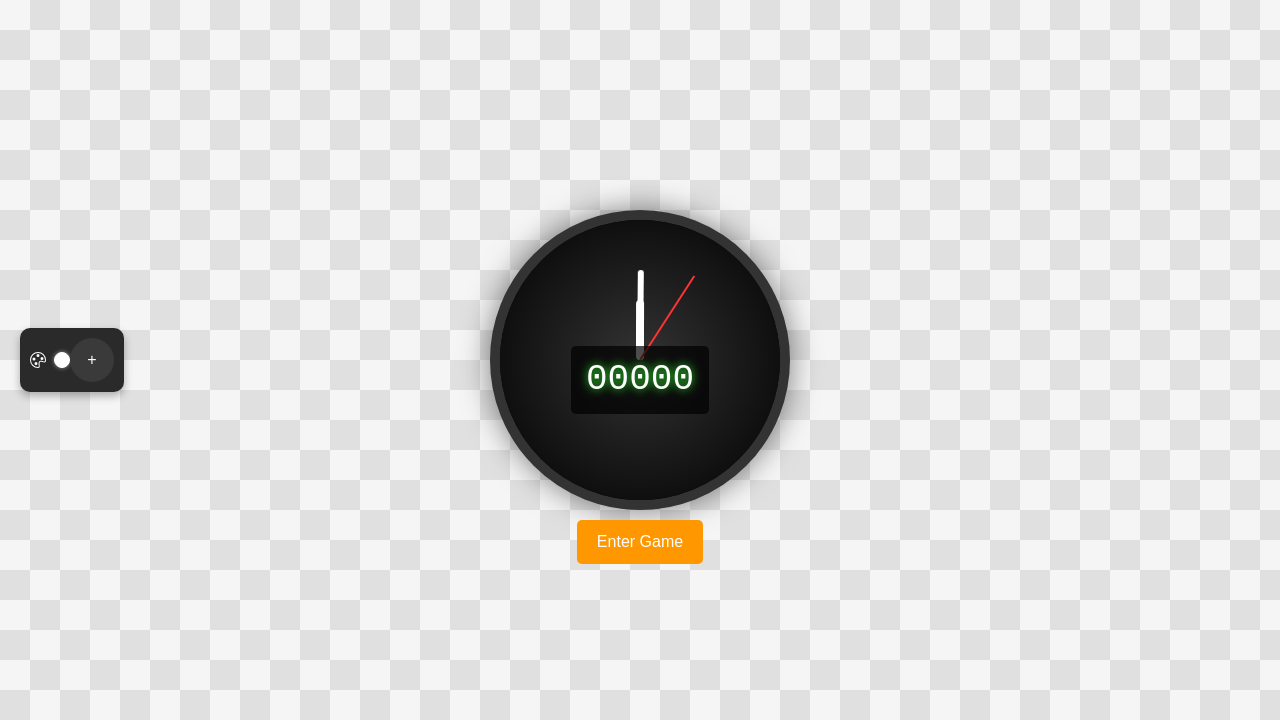
Repository: Moshikol/clicker-battleship
Page: /
These files come from the project's save history. The page is drawn as it stood at one moment and after the next save; the edit follows.
The browser window is 1280 px wide. The pictures show the whole page.
Some web fonts or font styles are not loaded; a fallback is used. The project was rebuilt for these pictures with package versions that can differ from the ones it lists, and the page was loaded fresh each time. Also part of the build but not shown: webpack.config.js, src/components/clicker/Clicker.module.css, src/components/clicker/Clicker.tsx, src/components/grid/ShipPlacement.module.css, src/components/grid/ShipPlacement.tsx, src/components/grid/Grid.module.css, src/components/grid/Grid.tsx, src/components/game/GameBoard.module.css and 5 more.

Above is the page before, as saved 2025-03-18 21:00:49.

### public/index.html
<!DOCTYPE html>
<html lang="en">
<head>
  <meta charset="UTF-8">
  <meta name="viewport" content="width=device-width, initial-scale=1.0">
  <title>Clicker Battleship</title>
  <link rel="icon" href="favicon.ico" />
</head>
<body>
  <div id="root"></div>
</body>
</html>

### src/App.tsx
import React, { useEffect, useState } from 'react';
import { Provider } from 'react-redux';
import { store } from './store/store';
import { Watch } from './components/watch/Watch';
import { Game } from './components/game/Game';
import { useSelector, useDispatch } from 'react-redux';
import { RootState } from './store/store';
import { autoClickTick } from './store/gameSlice';
import ColorPicker from './components/ui/ColorPicker';
import { MobileProvider } from './context/MobileContext';
import './styles/global.css';

// Component that handles auto-clicking
const AutoClickHandler: React.FC = () => {
  const dispatch = useDispatch();
  const { upgrades } = useSelector((state: RootState) => state.game);

  // Set up auto-clicker interval
  useEffect(() => {
    const autoClickInterval = setInterval(() => {
      if (upgrades.autoClickersCount > 0) {
        dispatch(autoClickTick());
      }
    }, 1000);

    return () => clearInterval(autoClickInterval);
  }, [dispatch, upgrades.autoClickersCount]);

  return null;
};

// Navigation context
export const NavigationContext = React.createContext({
  navigateTo: (page: string) => {},
  currentPage: 'watch'
});

// Main app with navigation
const AppContent: React.FC = () => {
  const [currentPage, setCurrentPage] = useState('watch');

  const navigateTo = (page: string) => {
    setCurrentPage(page);
  };

  return (
    <NavigationContext.Provider value={{ navigateTo, currentPage }}>
      <AutoClickHandler />
      <ColorPicker />
      {currentPage === 'watch' && <Watch />}
      {currentPage === 'game' && <Game />}
    </NavigationContext.Provider>
  );
};

// Root component with Redux Provider
const App: React.FC = () => {
  return (
    <Provider store={store}>
      <MobileProvider>
        <AppContent />
      </MobileProvider>
    </Provider>
  );
};

export default App;

### src/store/store.ts
import { configureStore } from '@reduxjs/toolkit';
import gameReducer from './gameSlice';
import { loadGameState, saveGameState, clearGameState } from '../utils/storage';

// Clear any existing saved state to start fresh
clearGameState();

// Load saved state if available (will be null now)
const preloadedState = loadGameState();

export const store = configureStore({
  reducer: {
    game: gameReducer,
  },
  preloadedState: preloadedState ? { game: preloadedState } : undefined,
});

// Subscribe to store changes to save state
store.subscribe(() => {
  saveGameState(store.getState().game);
});

export type AppDispatch = typeof store.dispatch;
export type RootState = ReturnType<typeof store.getState>;

### src/components/watch/Watch.tsx
import React, { useState, useContext } from 'react';
import { useSelector, useDispatch } from 'react-redux';
import { RootState } from '../../store/store';
import { click, earnCoins } from '../../store/gameSlice';
import { NavigationContext } from '../../App';
import { useMobile } from '../../context/MobileContext';
import styles from './Watch.module.css';

export const Watch: React.FC = () => {
  const dispatch = useDispatch();
  const { resources, stats, counterColor } = useSelector((state: RootState) => state.game);
  const { navigateTo } = useContext(NavigationContext);
  const [isWatchActive, setIsWatchActive] = useState(false);
  const { isMobile, vibrate } = useMobile();

  // Handle the click on the watch button
  const handleWatchClick = () => {
    dispatch(click());
    dispatch(earnCoins());

    // Visual feedback - briefly activate the watch
    setIsWatchActive(true);
    setTimeout(() => setIsWatchActive(false), 200);

    // Provide vibration feedback on mobile devices
    if (isMobile) {
      vibrate(50);
    }
  };

  // Format the click counter display
  const formatClickDisplay = () => {
    console.log('Current total clicks:', stats.totalClicks);
    return stats.totalClicks.toString().padStart(5, '0');
  };

  return (
    <div className={styles.watchContainer}>
      <div className={`${styles.watch} ${isWatchActive ? styles.active : ''}`}>
        <div className={styles.watchface} onClick={handleWatchClick}>
          <div className={styles.clockHands}>
            <div className={styles.hourHand}></div>
            <div className={styles.minuteHand}></div>
            <div className={styles.secondHand}></div>
          </div>
          <div className={styles.clickCounter} style={{ color: counterColor }}>
            {formatClickDisplay()}
          </div>
        </div>
        <div className={styles.watchControls}>
          <button
            className={styles.gameButton}
            onClick={() => navigateTo('game')}
          >
            Enter Game
          </button>
        </div>
      </div>

      {isMobile && (
        <div className={styles.mobileHint}>
          <p>Tip: Use the volume down button to click!</p>
        </div>
      )}
    </div>
  );
};

### src/components/ui/ColorPicker.tsx
import React, { useEffect, useState } from 'react';
import { useDispatch, useSelector } from 'react-redux';
import { RootState } from '../../store/store';
import { setCounterColor } from '../../store/gameSlice';
import styles from './ColorPicker.module.css';

// Define more visible colors
const COLORS = [
  '#FF0000', // Red
  '#FF7F00', // Orange
  '#FFFF00', // Yellow
  '#00FF00', // Green
  '#0000FF', // Blue
  '#4B0082', // Indigo
  '#9400D3', // Violet
  '#FF1493', // Deep Pink
  '#00FFFF', // Cyan
  '#FF00FF', // Magenta
  '#FFFFFF', // White
  '#00FF7F', // Spring Green
];

const ColorPicker: React.FC = () => {
  const dispatch = useDispatch();
  const currentColor = useSelector((state: RootState) => state.game.counterColor);
  const [isExpanded, setIsExpanded] = useState(false);

  // Log the current color for debugging
  useEffect(() => {
    console.log('ColorPicker - Current color in Redux store:', currentColor);
  }, [currentColor]);

  const handleColorSelect = (color: string) => {
    console.log('ColorPicker - Setting color to:', color);
    dispatch(setCounterColor(color));
  };

  const toggleExpanded = () => {
    setIsExpanded(!isExpanded);
  };

  // Handle click on the entire collapsed picker
  const handlePickerClick = (e: React.MouseEvent) => {
    if (!isExpanded) {
      toggleExpanded();
    }
  };

  // SVG icon for the color palette when collapsed
  const ColorPaletteIcon = () => (
    <svg xmlns="http://www.w3.org/2000/svg" width="16" height="16" fill="currentColor" viewBox="0 0 16 16" className={styles.paletteIcon}>
      <path d="M8 5a1.5 1.5 0 1 0 0-3 1.5 1.5 0 0 0 0 3zm4 3a1.5 1.5 0 1 0 0-3 1.5 1.5 0 0 0 0 3zM5.5 7a1.5 1.5 0 1 1-3 0 1.5 1.5 0 0 1 3 0zm.5 6a1.5 1.5 0 1 0 0-3 1.5 1.5 0 0 0 0 3z"/>
      <path d="M16 8c0 3.15-1.866 2.585-3.567 2.07C11.42 9.763 10.465 9.473 10 10c-.603.683-.475 1.819-.351 2.92C9.826 14.495 9.996 16 8 16a8 8 0 1 1 8-8zm-8 7c.611 0 .654-.171.655-.176.078-.146.124-.464.07-1.119-.014-.168-.037-.37-.061-.591-.052-.464-.112-1.005-.118-1.462-.01-.707.083-1.61.704-2.314.369-.417.845-.578 1.272-.618.404-.038.812.026 1.16.104.343.077.702.186 1.025.284l.028.008c.346.105.658.199.953.266.653.148.904.083.991.024C14.717 9.38 15 9.161 15 8a7 7 0 1 0-7 7z"/>
    </svg>
  );

  return (
    <div
      className={`${styles.colorPicker} ${!isExpanded ? styles.collapsed : ''}`}
      onClick={!isExpanded ? handlePickerClick : undefined}
    >
      <div className={styles.header}>
        {isExpanded ? (
          <h3 className={styles.title}>Counter Color</h3>
        ) : (
          <div className={styles.collapsedIcon}>
            <ColorPaletteIcon />
            <div
              className={styles.currentColorDot}
              style={{ backgroundColor: currentColor }}
              title="Current color"
            />
          </div>
        )}
        <button
          className={styles.toggleButton}
          onClick={(e) => {
            e.stopPropagation();
            toggleExpanded();
          }}
          aria-label={isExpanded ? "Collapse color picker" : "Expand color picker"}
        >
          {isExpanded ? '−' : '+'}
        </button>
      </div>

      {isExpanded && (
        <>
          <div className={styles.colorGrid}>
            {COLORS.map((color, index) => (
              <div
                key={index}
                className={`${styles.colorOption} ${color === currentColor ? styles.selected : ''}`}
                style={{ backgroundColor: color }}
                onClick={(e) => {
                  e.stopPropagation();
                  handleColorSelect(color);
                }}
                title={color}
              />
            ))}
          </div>
          <div className={styles.currentColor}>
            <span>Current: </span>
            <span style={{ color: currentColor, fontWeight: 'bold' }}>Sample Text</span>
          </div>
        </>
      )}
    </div>
  );
};

export default ColorPicker;

### src/context/MobileContext.tsx
import React, { createContext, useContext, ReactNode, useEffect, useState } from 'react';
import { useDispatch } from 'react-redux';
import { click } from '../store/gameSlice';

interface MobileContextType {
  isMobile: boolean;
  vibrate: (duration?: number) => void;
  hasVibrationSupport: boolean;
}

const MobileContext = createContext<MobileContextType>({
  isMobile: false,
  vibrate: () => {},
  hasVibrationSupport: false,
});

export const useMobile = () => useContext(MobileContext);

interface MobileProviderProps {
  children: ReactNode;
}

export const MobileProvider: React.FC<MobileProviderProps> = ({ children }) => {
  const dispatch = useDispatch();
  const [isMobile, setIsMobile] = useState(false);
  const [hasVibrationSupport, setHasVibrationSupport] = useState(false);

  useEffect(() => {
    // Check if the device is mobile
    const checkMobile = () => {
      const isMobileDevice = /Android|webOS|iPhone|iPad|iPod|BlackBerry|IEMobile|Opera Mini/i.test(navigator.userAgent);
      setIsMobile(isMobileDevice);

      // Check for vibration support
      setHasVibrationSupport('vibrate' in navigator);
    };

    checkMobile();

    // Handle volume button presses for mobile devices
    const handleVolumeButtonPress = (e: KeyboardEvent) => {
      // Check for volume down key (code 175 is for volume down)
      if (e.keyCode === 175 || e.key === 'VolumeDown') {
        e.preventDefault(); // Prevent default browser action

        // Trigger click action
        dispatch(click());

        // Vibrate if supported (100ms vibration)
        if ('vibrate' in navigator) {
          navigator.vibrate(50);
        }
      }
    };

    // Only add event listeners on mobile devices
    if (isMobile) {
      window.addEventListener('keydown', handleVolumeButtonPress);
    }

    // Clean up on unmount
    return () => {
      if (isMobile) {
        window.removeEventListener('keydown', handleVolumeButtonPress);
      }
    };
  }, [dispatch, isMobile]);

  // Vibration function
  const vibrate = (duration = 100) => {
    if (hasVibrationSupport) {
      navigator.vibrate(duration);
    }
  };

  return (
    <MobileContext.Provider
      value={{
        isMobile,
        vibrate,
        hasVibrationSupport,
      }}
    >
      {children}
    </MobileContext.Provider>
  );
};

### src/styles/global.css
* {
  margin: 0;
  padding: 0;
  box-sizing: border-box;
  -webkit-tap-highlight-color: transparent; /* Remove tap highlight on mobile */
}

:root {
  --primary-color: #2196f3;
  --secondary-color: #4CAF50;
  --accent-color: #FF9800;
  --text-color: #333;
  --background-color: #f0f2f5;
}

html {
  height: 100%;
  overflow-x: hidden;
}

body {
  font-family: -apple-system, BlinkMacSystemFont, 'Segoe UI', Roboto, Oxygen,
    Ubuntu, Cantarell, 'Open Sans', 'Helvetica Neue', sans-serif;
  line-height: 1.6;
  background-color: var(--background-color);
  color: var(--text-color);
  overflow-x: hidden;
  min-height: 100%;
  position: relative;
  /* Disable pull-to-refresh on mobile */
  overscroll-behavior-y: contain;
  /* Prevent text selection on mobile */
  -webkit-user-select: none;
  user-select: none;
}

/* Digital font for watch display */
.digital-font {
  font-family: 'Digital-7', monospace;
}

button {
  cursor: pointer;
  border: none;
  outline: none;
  /* Improve touch target size on mobile */
  min-height: 44px;
  min-width: 44px;
}

a {
  text-decoration: none;
  color: inherit;
}

h1, h2, h3, h4, h5, h6 {
  margin-bottom: 0.5rem;
}

/* Utility classes */
.text-center {
  text-align: center;
}

.container {
  max-width: 1200px;
  margin: 0 auto;
  padding: 0 1rem;
}

/* Mobile fullscreen for PWA */
@media all and (display-mode: fullscreen) {
  body {
    padding: env(safe-area-inset-top) env(safe-area-inset-right) env(safe-area-inset-bottom) env(safe-area-inset-left);
  }
}

/* Responsive adjustments */
@media (max-width: 768px) {
  .container {
    padding: 0 0.5rem;
  }

  button {
    /* Increase touch target size on mobile */
    min-height: 48px;
    min-width: 48px;
    padding: 0.75rem 1rem;
  }
}

@media (max-width: 480px) {
  html {
    font-size: 14px;
  }

  /* Improves touch interaction on small screens */
  .clickable {
    padding: 0.75rem;
  }
}

.app {
  min-height: 100vh;
  display: flex;
  flex-direction: column;
}

header {
  text-align: center;
  padding: 2rem;
  background-color: var(--primary-color);
  color: white;
}

h1 {
  font-size: 2.5rem;
  margin-bottom: 0.5rem;
}

main {
  flex: 1;
  padding: 2rem;
}

.game-container {
  max-width: 1200px;
  margin: 0 auto;
}

footer {
  text-align: center;
  padding: 1.5rem;
  background-color: #333;
  color: white;
  margin-top: 2rem;
}

/* Tabs */
.tabs {
  display: flex;
  margin-bottom: 2rem;
  border-bottom: 1px solid #ddd;
  overflow-x: auto; /* Enable horizontal scrolling on mobile */
  -webkit-overflow-scrolling: touch; /* Smooth scrolling on iOS */
}

.tab {
  padding: 1rem 2rem;
  background: none;
  border: none;
  border-bottom: 3px solid transparent;
  font-size: 1rem;
  font-weight: bold;
  color: #666;
  transition: all 0.3s;
  white-space: nowrap; /* Prevent text wrapping */
}

.tab.active {
  color: var(--primary-color);
  border-bottom-color: var(--primary-color);
}

.tab:hover:not(.active) {
  color: #1976d2;
  border-bottom-color: #bbdefb;
}

/* Responsive adjustments */
@media (max-width: 768px) {
  .game-container {
    padding: 0 0.5rem;
  }

  h1 {
    font-size: 2rem;
  }

  .tabs {
    padding-bottom: 0.5rem;
  }

  .tab {
    padding: 0.75rem 1.25rem;
  }
}

@media (max-width: 480px) {
  header {
    padding: 1rem;
  }

  h1 {
    font-size: 1.75rem;
  }

  main {
    padding: 0.75rem;
  }

  .tab {
    padding: 0.75rem 1rem;
  }
}

### src/utils/storage.ts
import { GameState } from '../store/types';

const STORAGE_KEY = 'clicker_battleship_game_state';
const LEADERBOARD_KEY = 'clicker_battleship_leaderboard';

export interface LeaderboardEntry {
  playerName: string;
  score: number;
  date: string;
  shipsSunk: number;
  bombsLaunched: number;
  hitsLanded: number;
}

export const saveGameState = (state: GameState): void => {
  try {
    localStorage.setItem(STORAGE_KEY, JSON.stringify(state));
  } catch (error) {
    console.error('Failed to save game state:', error);
  }
};

export const loadGameState = (): GameState | null => {
  try {
    const savedState = localStorage.getItem(STORAGE_KEY);
    if (savedState) {
      return JSON.parse(savedState);
    }
  } catch (error) {
    console.error('Failed to load game state:', error);
  }
  return null;
};

export const clearGameState = (): void => {
  try {
    localStorage.removeItem(STORAGE_KEY);
  } catch (error) {
    console.error('Failed to clear game state:', error);
  }
};

export const saveToLeaderboard = (entry: LeaderboardEntry): void => {
  try {
    const leaderboard = getLeaderboard();
    leaderboard.push(entry);

    // Sort by score in descending order
    leaderboard.sort((a, b) => b.score - a.score);

    // Keep only top 10 entries
    const topEntries = leaderboard.slice(0, 10);

    localStorage.setItem(LEADERBOARD_KEY, JSON.stringify(topEntries));
  } catch (error) {
    console.error('Failed to save to leaderboard:', error);
  }
};

export const getLeaderboard = (): LeaderboardEntry[] => {
  try {
    const leaderboard = localStorage.getItem(LEADERBOARD_KEY);
    if (leaderboard) {
      return JSON.parse(leaderboard);
    }
  } catch (error) {
    console.error('Failed to get leaderboard:', error);
  }
  return [];
};

export const calculateScore = (state: GameState): number => {
  // Calculate score based on various factors
  const resourceScore = state.resources.coins * 0.1;
  const upgradeScore =
    state.upgrades.clickMultiplier * 50 +
    state.upgrades.autoClickersCount * 100 +
    state.upgrades.bombEfficiency * 200 +
    state.upgrades.shieldStrength * 150;
  const statsScore =
    state.stats.hitsLanded * 20 +
    state.stats.shipsSunk * 100 -
    state.stats.bombsLaunched * 5;

  return Math.floor(resourceScore + upgradeScore + statsScore);
};

### src/components/ui/ColorPicker.module.css
.colorPicker {
  position: fixed;
  left: 20px;
  top: 50%;
  transform: translateY(-50%);
  background-color: #2a2a2a;
  border-radius: 10px;
  padding: 15px;
  box-shadow: 0 4px 8px rgba(0, 0, 0, 0.3);
  z-index: 100;
  width: 150px;
  transition: all 0.3s ease;
}

.colorPicker:hover {
  transform: translateY(-50%) translateX(5px);
}

.header {
  display: flex;
  justify-content: space-between;
  align-items: center;
  margin-bottom: 15px;
}

.collapsed .header {
  margin-bottom: 0;
}

.title {
  color: #ffffff;
  font-size: 16px;
  margin: 0;
  text-align: left;
}

.toggleButton {
  background-color: #3a3a3a;
  color: white;
  border: none;
  border-radius: 50%;
  width: 24px;
  height: 24px;
  font-size: 16px;
  display: flex;
  align-items: center;
  justify-content: center;
  cursor: pointer;
  transition: background-color 0.2s;
  padding: 0;
  line-height: 1;
}

.toggleButton:hover {
  background-color: #505050;
}

.collapsed {
  width: auto;
  min-width: 85px;
  padding: 10px;
  cursor: pointer;
  transition: all 0.3s ease;
}

.collapsed:hover {
  background-color: #3a3a3a;
  box-shadow: 0 4px 12px rgba(0, 0, 0, 0.4);
}

.collapsed:active {
  transform: translateY(-50%) scale(0.97);
}

.collapsedIcon {
  display: flex;
  align-items: center;
  gap: 8px;
}

.paletteIcon {
  color: #ffffff;
  transition: color 0.2s;
}

.collapsed:hover .paletteIcon {
  color: #aaaaaa;
}

.currentColorDot {
  width: 16px;
  height: 16px;
  border-radius: 50%;
  border: 1px solid #ffffff;
  box-shadow: 0 0 4px rgba(255, 255, 255, 0.5);
  transition: transform 0.2s, box-shadow 0.2s;
}

.collapsed:hover .currentColorDot {
  transform: scale(1.1);
  box-shadow: 0 0 6px rgba(255, 255, 255, 0.7);
}

.colorGrid {
  display: grid;
  grid-template-columns: repeat(3, 1fr);
  grid-gap: 10px;
  margin-bottom: 15px;
}

.colorOption {
  width: 30px;
  height: 30px;
  border-radius: 50%;
  cursor: pointer;
  transition: transform 0.2s, box-shadow 0.2s;
  border: 2px solid transparent;
}

.colorOption:hover {
  transform: scale(1.1);
  box-shadow: 0 0 8px rgba(255, 255, 255, 0.5);
}

.selected {
  border: 2px solid #ffffff;
  box-shadow: 0 0 8px rgba(255, 255, 255, 0.8);
}

.currentColor {
  margin-top: 10px;
  text-align: center;
  color: #ffffff;
  font-size: 14px;
}

@media (max-width: 768px) {
  .colorPicker {
    left: 10px;
    padding: 10px;
    width: 120px;
  }

  .colorGrid {
    grid-template-columns: repeat(3, 1fr);
    grid-gap: 8px;
  }

  .colorOption {
    width: 25px;
    height: 25px;
  }

  .title {
    font-size: 14px;
    margin-bottom: 10px;
  }

  .toggleButton {
    width: 20px;
    height: 20px;
    font-size: 14px;
  }

  .currentColorDot {
    width: 14px;
    height: 14px;
  }
}

@media (max-width: 480px) {
  .colorPicker {
    left: 5px;
    padding: 8px;
    width: 100px;
  }

  .colorGrid {
    grid-gap: 6px;
  }

  .colorOption {
    width: 20px;
    height: 20px;
  }

  .title {
    font-size: 12px;
    margin-bottom: 8px;
  }

  .toggleButton {
    width: 18px;
    height: 18px;
    font-size: 12px;
  }

  .currentColorDot {
    width: 12px;
    height: 12px;
  }
}

Loaded but not shown: src/index.tsx (common file); src/store/gameSlice.ts (635 lines, source omitted); src/components/watch/Watch.module.css (557 lines, source omitted)

After the next save:
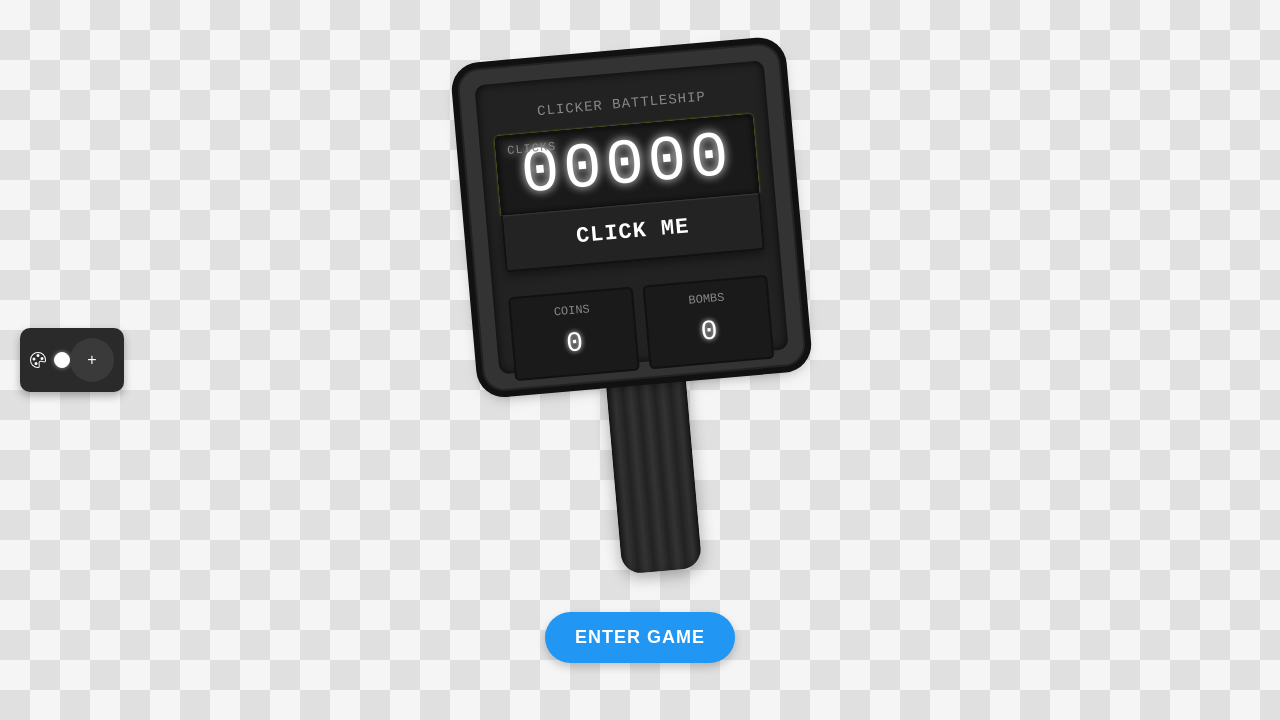
Saved 3 min 2 s later.
--- a/src/components/watch/Watch.tsx
+++ b/src/components/watch/Watch.tsx
@@ -36,25 +36,57 @@ export const Watch: React.FC = () => {
 
   return (
     <div className={styles.watchContainer}>
-      <div className={`${styles.watch} ${isWatchActive ? styles.active : ''}`}>
-        <div className={styles.watchface} onClick={handleWatchClick}>
-          <div className={styles.clockHands}>
-            <div className={styles.hourHand}></div>
-            <div className={styles.minuteHand}></div>
-            <div className={styles.secondHand}></div>
-          </div>
-          <div className={styles.clickCounter} style={{ color: counterColor }}>
-            {formatClickDisplay()}
+      <div className={styles.watchOuter}>
+        <div className={styles.watchInner}>
+          <div className={styles.watchFace}>
+            <div className={styles.watchBrand}>CLICKER BATTLESHIP</div>
+
+            <div className={styles.counterSection}>
+              <div
+                className={`${styles.watchDisplay} ${isWatchActive ? styles.active : ''}`}
+                style={{
+                  color: counterColor,
+                  textShadow: `0 0 10px ${counterColor}`
+                }}
+              >
+                {formatClickDisplay()}
+              </div>
+
+              <button
+                className={`${styles.watchButton} ${styles.clickButton}`}
+                onClick={handleWatchClick}
+              >
+                CLICK ME
+              </button>
+            </div>
+
+            <div className={styles.watchStats}>
+              <div className={styles.statItem}>
+                <span className={styles.statLabel}>COINS</span>
+                <span className={styles.statValue} style={{
+                  color: counterColor,
+                  textShadow: `0 0 5px ${counterColor}`
+                }}>{resources.coins}</span>
+              </div>
+              <div className={styles.statItem}>
+                <span className={styles.statLabel}>BOMBS</span>
+                <span className={styles.statValue} style={{
+                  color: counterColor,
+                  textShadow: `0 0 5px ${counterColor}`
+                }}>{resources.bombs}</span>
+              </div>
+            </div>
           </div>
         </div>
-        <div className={styles.watchControls}>
-          <button
-            className={styles.gameButton}
-            onClick={() => navigateTo('game')}
-          >
-            Enter Game
-          </button>
-        </div>
+        <div className={styles.watchStrap}></div>
+      </div>
+      <div className={styles.gameNav}>
+        <button
+          className={styles.navButton}
+          onClick={() => navigateTo('game')}
+        >
+          ENTER GAME
+        </button>
       </div>
 
       {isMobile && (
